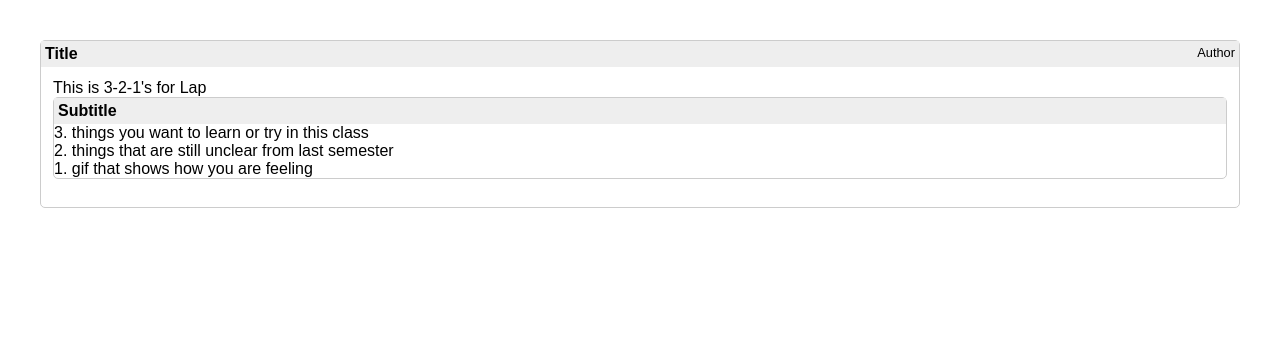
Repository: HyunJunggggg/MDIA2109
Page: index.html
These files come from the project's save history. The page is drawn as it stood at one moment and after a run of saves; the edit follows.
The browser window is 1280 px wide. The pictures show the whole page.

Above is the page before, as saved 2025-01-23 15:57:12.

### index.html
<!DOCTYPE html>
<html lang="en">
    <head>
        <!-- Meta -->
        <meta charset="UTF-8" />
        <meta name="viewport" content="width=device-width, initial-scale=1.0" />
        <link rel="stylesheet" href="style.css" />
        <title>HyunJung's Blog 😉</title>
    </head>

    <!-- body -->
    <body>
        <section>
            <div class="container" id="rats-ass">
                <header class="container__header">
                    <div class="container__title">Title</div>
                    <div class="container__contextual--info">Author</div>
                </header>
                <div class="container__content">
                    This is 3-2-1's for Lap

                    <div class="container">
                        <header class="container__header">
                            <div class="container__title">Subtitle</div>
                        </header>
                        <div
                            class="container__content container__content--tight">
                            <ul>
                                <li>
                                    3. things you want to learn or try in this
                                    class
                                </li>
                                <li>
                                    2. things that are still unclear from last
                                    semester
                                </li>
                                <li>1. gif that shows how you are feeling</li>
                            </ul>
                        </div>
                    </div>
                </div>
            </div>
        </section>
    </body>
</html>

### style.css
/* Reset */
body {
}

ul,
ol,
dl {
    list-style-type: none;
    padding: 0;
    margin: 0;
}

/* Basic */
html {
    font-family: Arial, Helvetica, sans-serif;
}

body {
    padding: 2em;
}
a {
    text-decoration: none;
}

/* Component style */
.container {
    margin-bottom: 1em;
    border: 1px solid #cccccc !important;
    border-radius: 5px;
}

#rats-ass {
    border-color: red;
}

.container__header {
    background-color: #eee;
    padding: 0.25em;
    display: flex;
    justify-content: space-between;
}
.container__title {
    font-weight: bold;
}

.container__contextual--info {
    font-size: 0.8em;
}

.container__content {
    padding: 0.75em;
}

.container__content--tight {
    padding: 0;
}
/* Utility style */

After the next 2 saves:
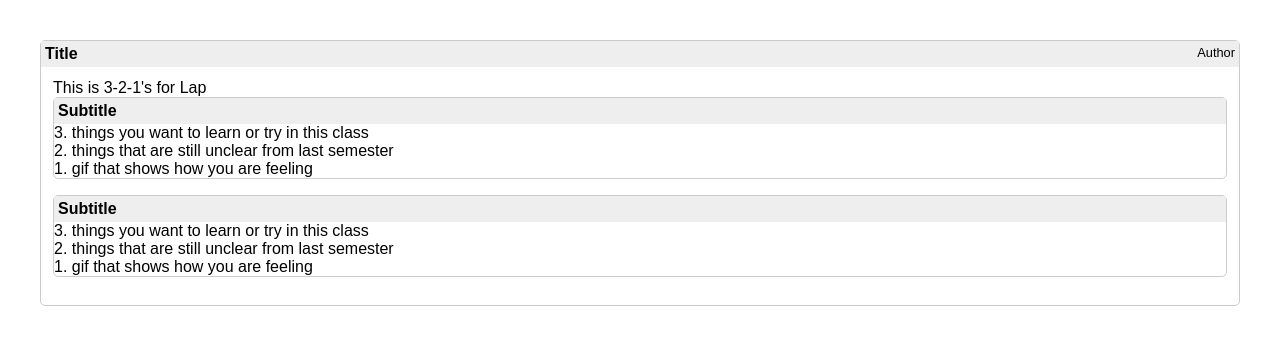
The 2 saves are shown as one change because they came seconds apart.
The last was saved 81 s later.
--- a/index.html
+++ b/index.html
@@ -38,6 +38,27 @@
                             </ul>
                         </div>
                     </div>
+
+                    <div class="container">
+                        <header class="container__header">
+                            <div class="container__title">Subtitle</div>
+                        </header>
+                        <div
+                            class="container__content container__content--tight">
+                            <ul>
+                                <li>
+                                    3. things you want to learn or try in this
+                                    class
+                                </li>
+                                <li>
+                                    2. things that are still unclear from last
+                                    semester
+                                </li>
+                                <li>1. gif that shows how you are feeling</li>
+                            </ul>
+                        </div>
+                    </div>
+
                 </div>
             </div>
         </section>
